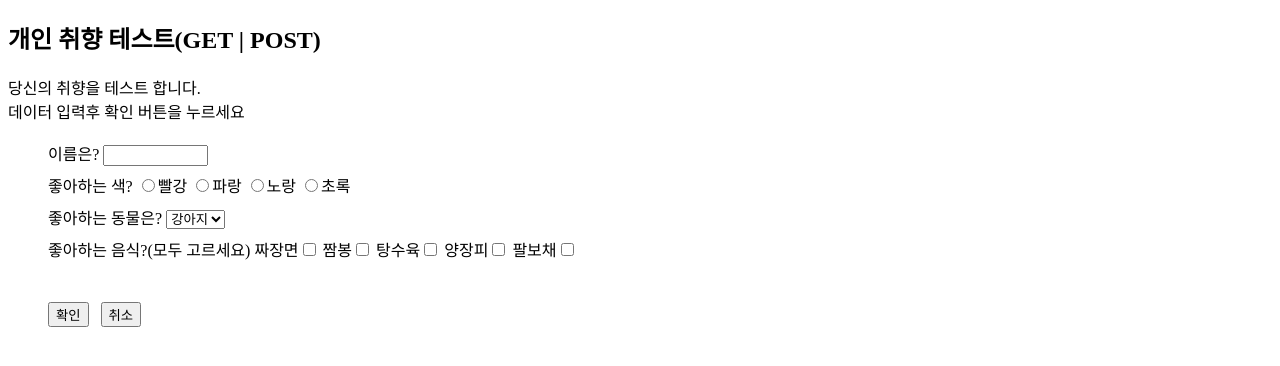
Repository: jsungl/WEBSERVER-WORKSPACE
Page: 01_helloweb/WebContent/servlet/testPerson2.html
An editor plug-in stored every save of this project. The page is shown before and after the next save, followed by the edit.
The browser window is 1280 px wide. The pictures show the whole page.

Above is the page before, as saved 2021-03-22 12:04:06.

### 01_helloweb/WebContent/servlet/testPerson2.html
<!DOCTYPE html>
<html>
<head>
<meta charset="UTF-8">
<title>개인 취향 테스트</title>
</head>
<body>
	<h2>개인 취향 테스트(GET | POST)</h2>
	당신의 취향을 테스트 합니다.<br/>
	데이터 입력후 확인 버튼을 누르세요<br/>

	<form name="personFrm" action="/web/testPerson1.do" method="post">
	 <ul style="list-style: none; line-height: 200%;">
		<li>이름은?
			<input type="text" name="name" size="10" required/>
		</li>
		<li>좋아하는 색?
			<input type="radio" id="red" name="color" value="빨강" required/><label for="red">빨강</label>
			<input type="radio" id="blue" name="color" value="파랑" /><label for="blue">파랑</label>
			<input type="radio" id="yellow" name="color" value="노랑" /><label for="yellow">노랑</label>
			<input type="radio" id="green" name="color" value="초록" /><label for="green">초록</label>
		</li>
		<li>좋아하는 동물은?
			<select name="animal">
				<option value="강아지">강아지</option>
				<option value="고양이">고양이</option>
				<option value="병아리">병아리</option>
			</select>
		</li>
		<li>좋아하는 음식?(모두 고르세요)
			<label for="food1">짜장면</label><input type="checkbox" name="food" id="food1" value="짜장면" />
			<label for="food2">짬봉</label><input type="checkbox" name="food" id="food2" value="짬봉" />
			<label for="food3">탕수육</label><input type="checkbox" name="food" id="food3" value="탕수육" />
			<label for="food4">양장피</label><input type="checkbox" name="food" id="food4" value="양장피" />
			<label for="food5">팔보채</label><input type="checkbox" name="food" id="food5" value="팔보채" />
		</li>
		<li>
			<br/>
			<input type="submit" id="btnOK" value="확인"  />&nbsp;&nbsp;
			<input type="reset"  value="취소" />
		</li>

	 </ul>

	</form>
</body>
</html>

After the next save:
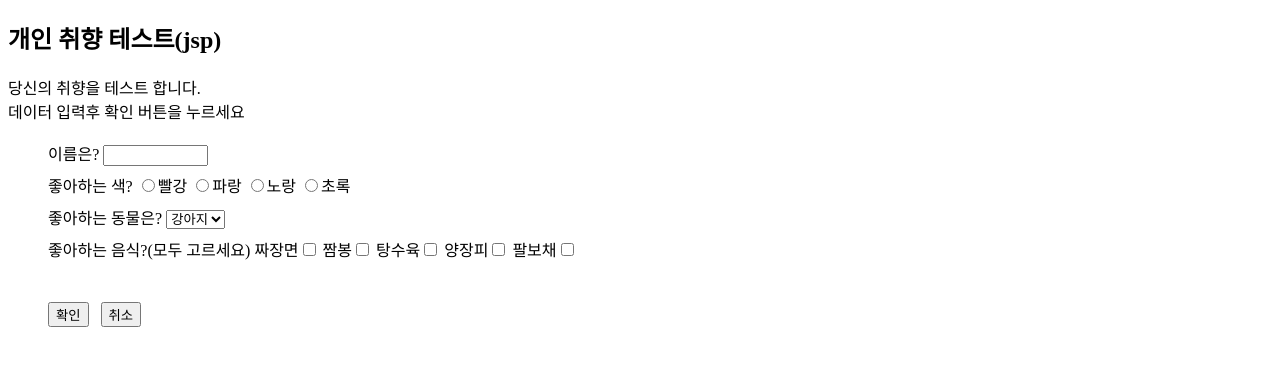
Saved 54 s later.
--- a/01_helloweb/WebContent/servlet/testPerson2.html
+++ b/01_helloweb/WebContent/servlet/testPerson2.html
@@ -5,11 +5,11 @@
 <title>개인 취향 테스트</title>
 </head>
 <body>
-	<h2>개인 취향 테스트(GET | POST)</h2>
+	<h2>개인 취향 테스트(jsp)</h2>
 	당신의 취향을 테스트 합니다.<br/>
 	데이터 입력후 확인 버튼을 누르세요<br/>
 
-	<form name="personFrm" action="/web/testPerson1.do" method="post">
+	<form name="personFrm" action="/web/testPerson2.do" method="post">
 	 <ul style="list-style: none; line-height: 200%;">
 		<li>이름은?
 			<input type="text" name="name" size="10" required/>
